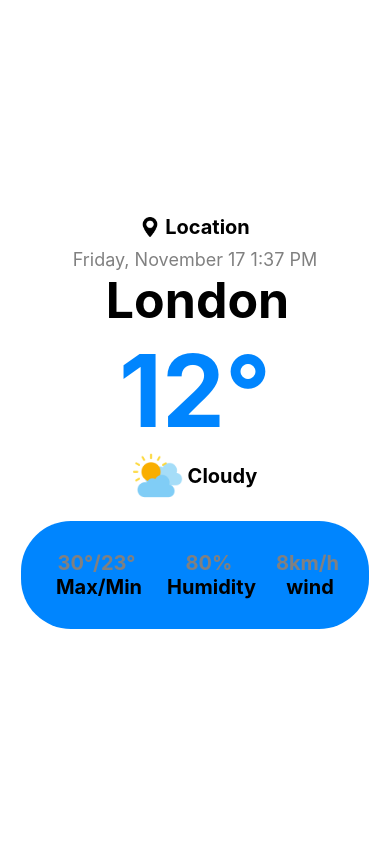
Repository: praveen080/react-native-weatherAppV1
Screen: /
The author's editor kept a copy of each file at every save. The screen is drawn from the files as they stood at one save, then again after the next save.
The app was drawn by React Native's web renderer in a window 390 px wide. The project was rebuilt for these pictures with package versions that can differ from the ones it lists, and the page was loaded fresh each time. Also part of the build but not shown: Screens/startUp.js.

Above is the screen before, as saved 2023-11-17 14:23:49.

After the next save:
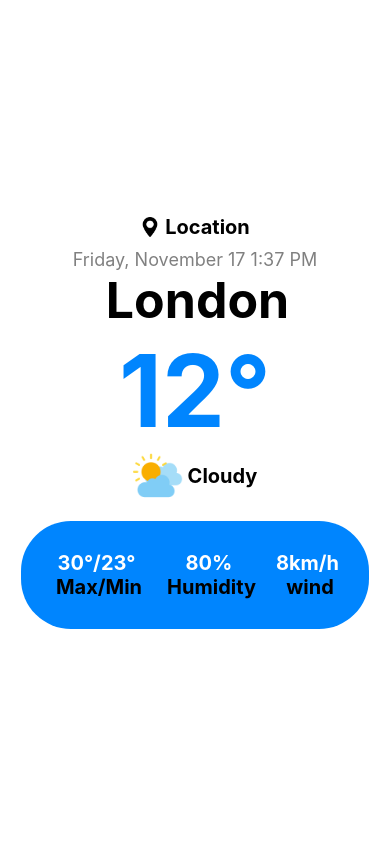
Saved 8 s later.
--- a/Screens/Home.js
+++ b/Screens/Home.js
@@ -129,6 +129,7 @@ export const styles = StyleSheet.create({
     fontSize: 20,
     color: "grey",
     fontWeight: "bold",
+    color: "white",
   },
   cardFull: {
     borderRadius: 50,
